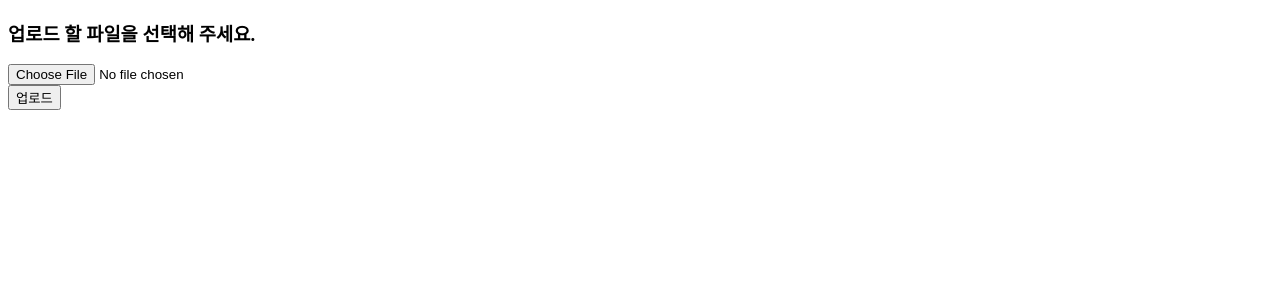
Repository: yw-son/yw-son
Page: http://localhost/pro15/upload.jsp
These files come from the project's save history. The page is drawn as it stood at one moment and after the next save; the edit follows.
The browser window is 1280 px wide. The pictures show the whole page.
The page is served by Tomcat 9.

Above is the page before, as saved 2023-06-16 07:09:46.

After the next save:
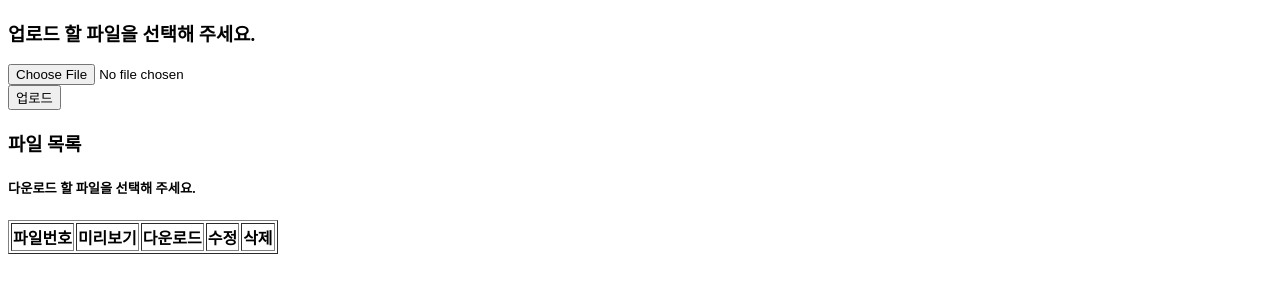
Saved 95 s later.
--- a/pro15/src/main/webapp/upload.jsp
+++ b/pro15/src/main/webapp/upload.jsp
@@ -20,5 +20,17 @@
 		<input type="file" name="file"> <br>
 		<input type="submit" value="업로드">
 	</form>
+
+	<h3>파일 목록</h3>
+	<h5>다운로드 할 파일을 선택해 주세요.</h5>
+	<table border="1">
+		<tr>
+			<th>파일번호</th>
+			<th>미리보기</th>
+			<th>다운로드</th>
+			<th>수정</th>
+			<th>삭제</th>
+		</tr>
+	</table>
 </body>
 </html>
